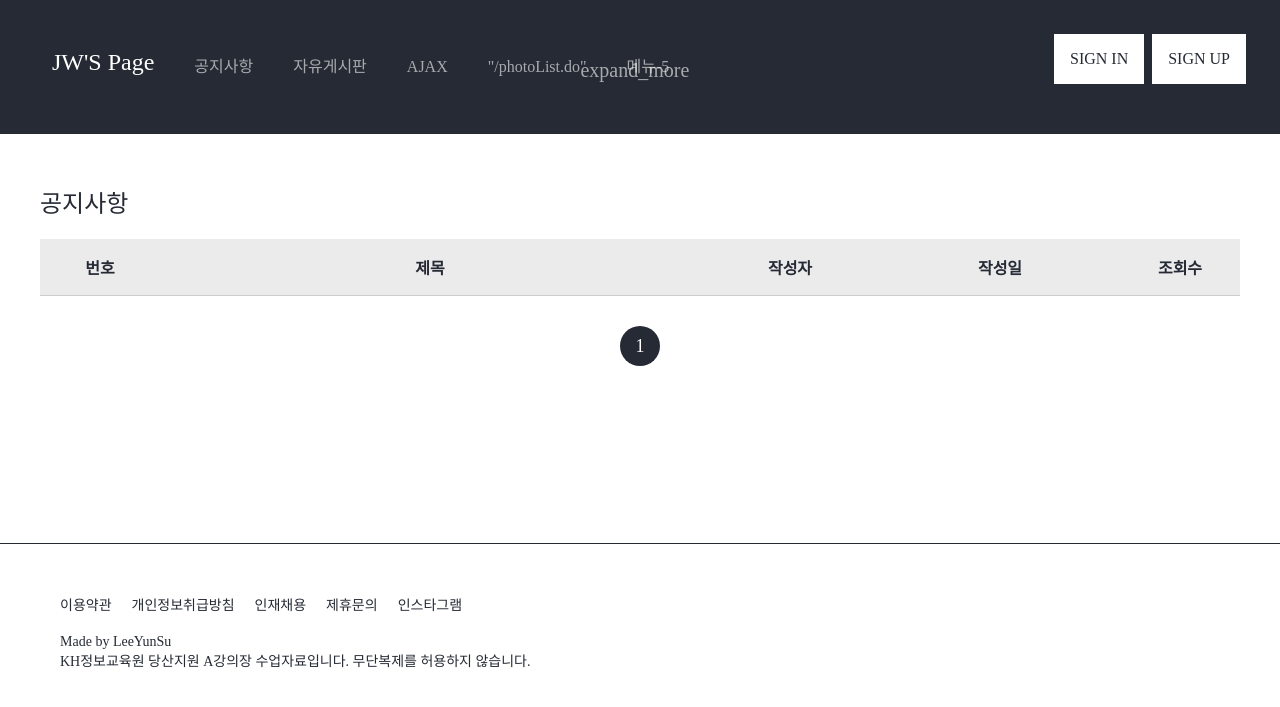
Repository: JWbase/Web_JAVA
Page: http://localhost/07_mvc2WebProject/noticeList.do?reqPage=1
The author's editor kept a copy of each file at every save. The page is drawn from the files as they stood at one save, then again after a run of saves.
The browser window is 1280 px wide. The pictures show the whole page.
Some web fonts or font styles are not loaded; a fallback is used. The page is served by Tomcat 9. Queries for data that is not in the repository find no rows.

Above is the page before, as saved 2022-09-06 08:45:30.

After the next 2 saves:
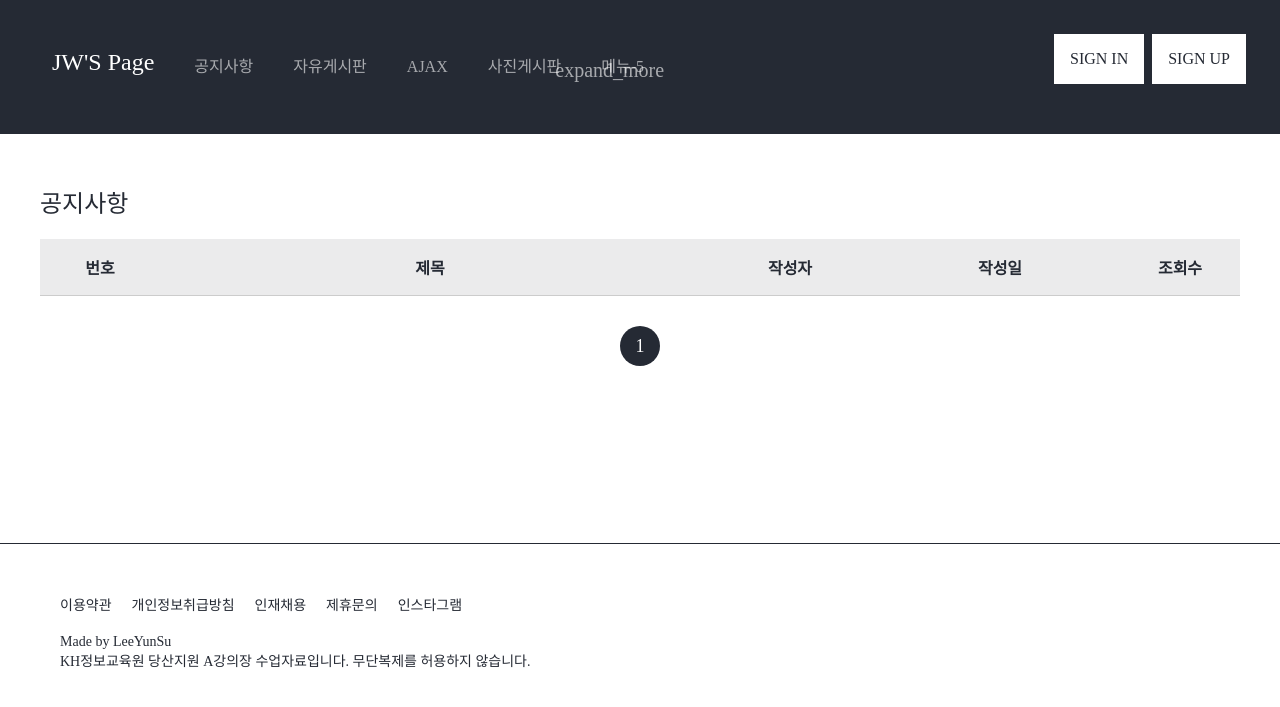
The 2 saves are shown as one change because they came seconds apart.
The last was saved 18 s later.
--- a/07_mvc2WebProject/src/main/webapp/WEB-INF/views/common/header.jsp
+++ b/07_mvc2WebProject/src/main/webapp/WEB-INF/views/common/header.jsp
@@ -22,7 +22,7 @@ Member m = (Member) session.getAttribute("m");
 			<li><a href="/noticeList.do?reqPage=1">공지사항</a></li>
 			<li><a href="#">자유게시판</a></li>
 			<li><a href="/ajax.do">AJAX</a></li>
-			<li><a href="#">"/photoList.do"</a></li>
+			<li><a href="/photoList.do"">사진게시판</a></li>
 			<li><a href="#">메뉴-5</a>
 				<ul class="sub-navi">
 					<li><a href="#">sub-1</a></li>
